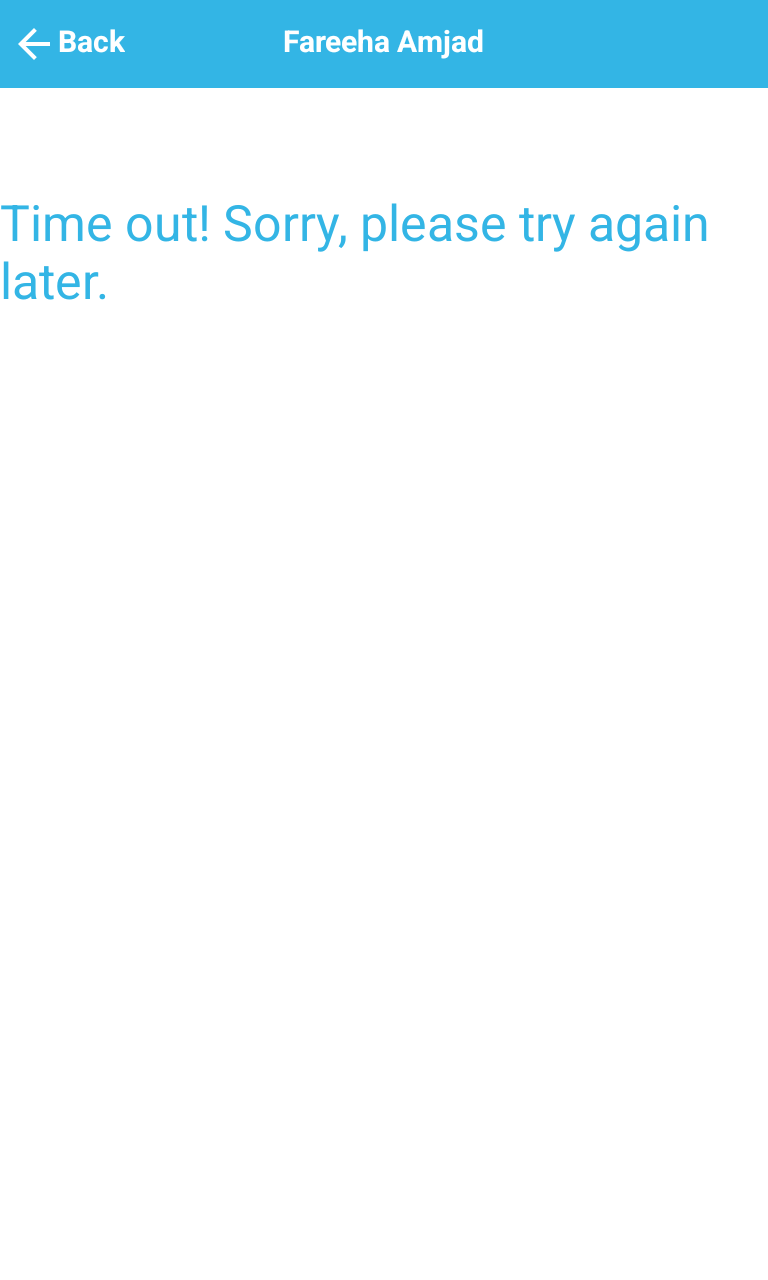
Repository: fareehaamjad/SMI-final
Layout: SecureMobileIdentity/res/layout/sms_activity.xml
An editor plug-in stored every save of this project. The layout is shown before and after the next save, followed by the edit.
It is drawn on a 768 x 1280 px phone screen (xhdpi) without system bars, with theme AppTheme; the app's code is not run. Lists and similar views that code fills are empty. The app's manifest (not shown) leaves right-to-left support off. So textAlignment, textDirection and layoutDirection are ignored, and left and right values win over start and end ones.

Above is the layout before, as saved 2015-08-19 15:18:35.

### SecureMobileIdentity/res/layout/sms_activity.xml
<RelativeLayout xmlns:android="http://schemas.android.com/apk/res/android"
    xmlns:tools="http://schemas.android.com/tools"
    android:layout_width="fill_parent"
    android:layout_height="fill_parent"
    android:background="#ffffff"
    android:orientation="vertical" >

    <LinearLayout
        android:id="@+id/ll_top"
        android:layout_width="fill_parent"
        android:layout_height="wrap_content"
        android:layout_above="@+id/ll_bottom"
        android:layout_alignParentTop="true"
        android:orientation="vertical"
        android:visibility="gone" >

        <RelativeLayout
            android:layout_width="fill_parent"
            android:layout_height="wrap_content"
            android:background="#33B5E5"
            android:orientation="horizontal"
            android:paddingBottom="10dp"
            android:paddingLeft="5dp"
            android:paddingTop="10dp" >

            <TextView
                android:layout_width="wrap_content"
                android:layout_height="wrap_content"
                android:layout_alignParentLeft="true"
                android:layout_weight="1"
                android:clickable="true"
                android:drawableLeft="@drawable/ic_arrow_back_white_24dp"
                android:onClick="goBack"
                android:text="Back"
                android:textColor="#ffffff"
                android:textSize="15dp"
                android:textStyle="bold" />

            <TextView
                android:id="@+id/tv_name"
                android:layout_width="wrap_content"
                android:layout_height="wrap_content"
                android:layout_centerHorizontal="true"
                android:layout_weight="1"
                android:text="Fareeha Amjad"
                android:textColor="#ffffff"
                android:textSize="15dp"
                android:textStyle="bold" />
        </RelativeLayout>

        <View
            android:layout_width="match_parent"
            android:layout_height="10dp" />
        <!-- Editext for Search -->

        <LinearLayout
            android:layout_width="fill_parent"
            android:layout_height="wrap_content"
            android:orientation="vertical"
            android:paddingBottom="10dp"
            android:paddingLeft="5dp"
            android:paddingRight="5dp" >

            <ListView
                android:id="@+id/lv_list_view"
                android:layout_width="fill_parent"
                android:layout_height="wrap_content"
                android:layout_alignParentTop="true"
                android:dividerHeight="0dp"
                android:stackFromBottom="true"
                android:transcriptMode="alwaysScroll" />

            <!-- List View -->
        </LinearLayout>
    </LinearLayout>

    <LinearLayout
        android:id="@+id/ll_displayTextFail"
        android:layout_width="fill_parent"
        android:layout_height="fill_parent"
        android:layout_alignParentTop="true"
        android:background="#33B5E5"
        android:orientation="vertical"
        android:paddingLeft="10dp"
        android:paddingRight="10dp"
        android:paddingTop="0dp"
        android:textAlignment="center"
        android:visibility="gone" >

        <TextView
            android:layout_width="wrap_content"
            android:layout_height="wrap_content"
            android:layout_gravity="center_vertical|center"
            android:text="\n\n\nSomething went wrong while exchanging keys. Your keys did not match.\n\nTry again later!"
            android:textAppearance="?android:attr/textAppearanceLarge"
            android:textColor="#ffffff" />
    </LinearLayout>

    <LinearLayout
        android:id="@+id/ll_bottom"
        android:layout_width="fill_parent"
        android:layout_height="wrap_content"
        android:layout_alignParentBottom="true"
        android:background="#F2F2F2"
        android:paddingBottom="10dp"
        android:paddingLeft="5dp"
        android:paddingRight="5dp"
        android:paddingTop="10dp"

        android:visibility="gone" >

        <EditText
            android:id="@+id/et_text"
            android:layout_width="wrap_content"
            android:layout_height="wrap_content"
            android:layout_weight="1"
            android:background="#ffffff"
            android:clickable="false"
            android:ems="10"
            android:hint="Enter Message"
            android:inputType="textMultiLine"
            android:lines="4"
            android:scrollbars="vertical" >

            <requestFocus />
        </EditText>

        <Button
            android:id="@+id/button_send"
            style="?android:attr/buttonStyleSmall"
            android:layout_width="wrap_content"
            android:layout_height="wrap_content"
            android:layout_gravity="center"
            android:layout_weight="1"
            android:onClick="sendMsg"
            android:text="Send" />
    </LinearLayout>

    <LinearLayout
        android:id="@+id/linlaHeaderProgress"
        android:layout_width="fill_parent"
        android:layout_height="fill_parent"
        android:orientation="vertical"
        android:paddingLeft="10dp"
        android:paddingRight="10dp"
        android:paddingTop="20dp"
        android:visibility="gone" >

        <TextView
            android:layout_width="wrap_content"
            android:layout_height="wrap_content"
            android:layout_gravity="center_horizontal"
            android:text="Exchanging keys"
            android:textColor="#33B5E5"
            android:textSize="20dp"
            android:textStyle="bold" />

        <TextView
            android:layout_width="wrap_content"
            android:layout_height="wrap_content"
            android:layout_gravity="center_horizontal"
            android:layout_marginTop="20dp"
            android:paddingTop="10dp"
            android:text="Please wait"
            android:textColor="#33B5E5"
            android:textSize="25sp" />

        <View
            android:layout_width="fill_parent"
            android:layout_height="40dp" />

        <ProgressBar
            android:id="@+id/pbHeaderProgress"
            style="?android:attr/progressBarStyleLarge"
            android:layout_width="wrap_content"
            android:layout_height="wrap_content"
            android:layout_gravity="center"
            android:layout_weight="1" />
    </LinearLayout>


    <LinearLayout
        android:id="@+id/ll_timeOut"
        android:layout_width="fill_parent"
        android:layout_height="fill_parent"
        android:orientation="vertical"
        android:visibility="visible" >

        <RelativeLayout
            android:layout_width="fill_parent"
            android:layout_height="wrap_content"
            android:background="#33B5E5"
            android:orientation="horizontal"
            android:paddingBottom="10dp"
            android:paddingLeft="5dp"
            android:paddingTop="10dp" >

            <TextView
                android:layout_width="wrap_content"
                android:layout_height="wrap_content"
                android:layout_alignParentLeft="true"
                android:layout_weight="1"
                android:clickable="true"
                android:drawableLeft="@drawable/ic_arrow_back_white_24dp"
                android:onClick="goBack"
                android:text="Back"
                android:textColor="#ffffff"
                android:textSize="15dp"
                android:textStyle="bold" />

            <TextView
                android:id="@+id/tv_name2"
                android:layout_width="wrap_content"
                android:layout_height="wrap_content"
                android:layout_centerHorizontal="true"
                android:layout_weight="1"
                android:text="Fareeha Amjad"
                android:textColor="#ffffff"
                android:textSize="15dp"
                android:textStyle="bold" />
        </RelativeLayout>

        <View
            android:layout_width="match_parent"
            android:layout_height="20dp" />


        <TextView
            android:layout_width="wrap_content"
            android:layout_height="wrap_content"
            android:layout_gravity="center_horizontal"
            android:layout_marginTop="20dp"
            android:paddingTop="10dp"
            android:text="Time out! Sorry, please try again later."
            android:textColor="#33B5E5"
            android:textSize="25sp" />

        <View
            android:layout_width="fill_parent"
            android:layout_height="40dp" />

    </LinearLayout>

</RelativeLayout>

### SecureMobileIdentity/res/values/styles.xml
<resources>

    <!--
        Base application theme, dependent on API level. This theme is replaced
        by AppBaseTheme from res/values-vXX/styles.xml on newer devices.

    -->
    <style name="AppBaseTheme" parent="Theme.AppCompat.Light">
        <!--
            Theme customizations available in newer API levels can go in
            res/values-vXX/styles.xml, while customizations related to
            backward-compatibility can go here.

        -->
    </style>

    <!-- Application theme. -->
    <style name="AppTheme" parent="AppBaseTheme">
        <!-- All customizations that are NOT specific to a particular API-level can go here. -->
    </style>

    <style name="chat_text_message_style">
        <item name="android:layout_width">wrap_content</item>
        <item name="android:layout_height">wrap_content</item>
        <item name="android:paddingTop">5dp</item>
        <item name="android:paddingBottom">5dp</item>
        <item name="android:paddingLeft">8dp</item>
        <item name="android:paddingRight">8dp</item>
        <item name="android:textSize">16sp</item>
        <item name="android:textColor">@android:color/black</item>
    </style>

    <style name="chat_timings">
        <item name="android:layout_width">wrap_content</item>
        <item name="android:layout_height">wrap_content</item>
        <item name="android:textSize">12sp</item>
    </style>

</resources>

Loaded but not shown: SecureMobileIdentity/res/values-v11/styles.xml (common file); SecureMobileIdentity/res/values-v14/styles.xml (common file)

After the next save:
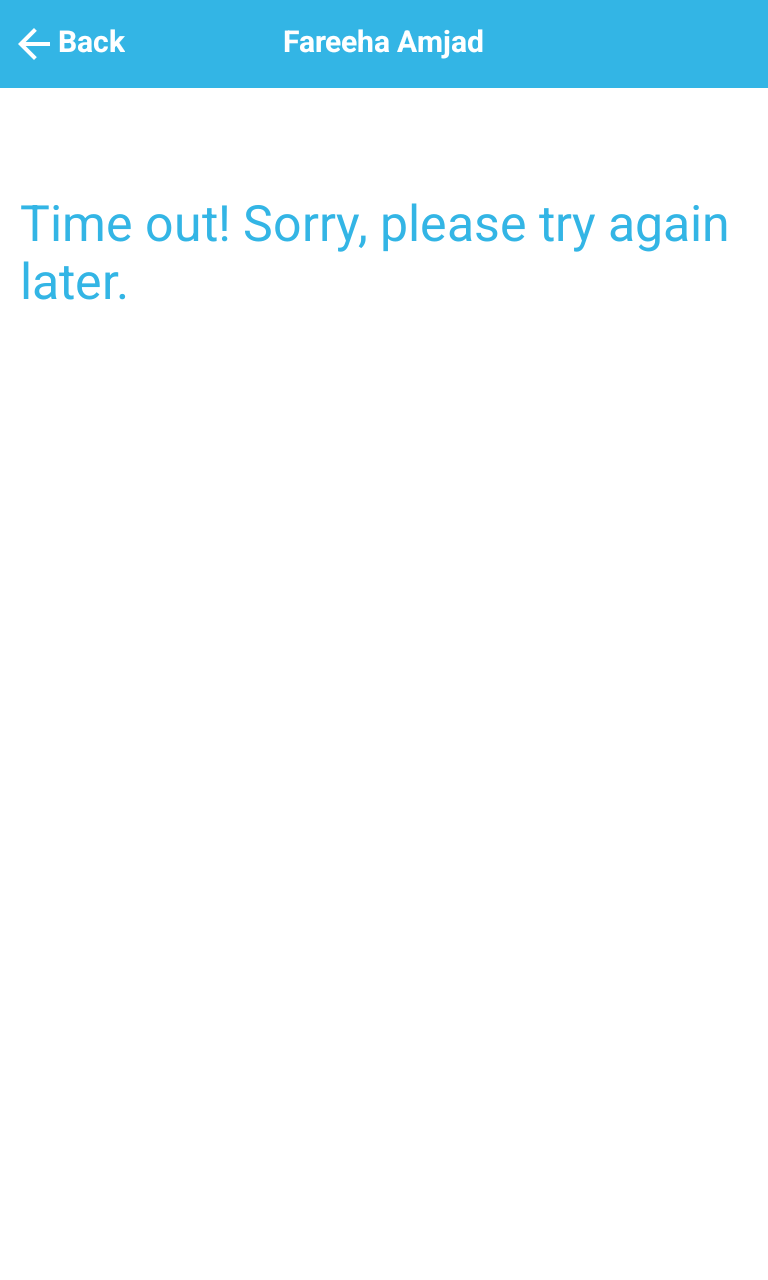
Saved 31 s later.
--- a/SecureMobileIdentity/res/layout/sms_activity.xml
+++ b/SecureMobileIdentity/res/layout/sms_activity.xml
@@ -224,12 +224,13 @@
             android:layout_width="match_parent"
             android:layout_height="20dp" />
 
-
         <TextView
             android:layout_width="wrap_content"
             android:layout_height="wrap_content"
             android:layout_gravity="center_horizontal"
             android:layout_marginTop="20dp"
+            android:paddingLeft="10dp"
+            android:paddingRight="10dp"
             android:paddingTop="10dp"
             android:text="Time out! Sorry, please try again later."
             android:textColor="#33B5E5"
